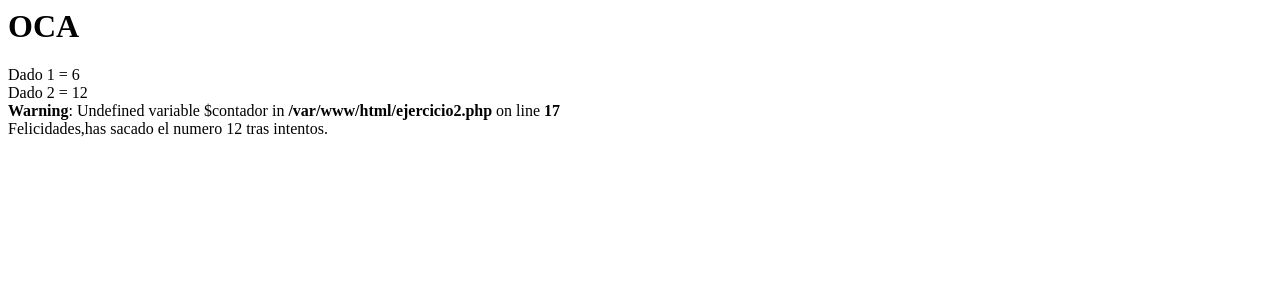
Repository: IlDragoDoro/atomClass
Page: http://localhost/ejercicio2.php
An editor plug-in stored every save of this project. The page is shown before and after the next save, followed by the edit.
The browser window is 1280 px wide. The pictures show the whole page.
The page is run by PHP 8.4 with error messages shown; the project is at /var/www/html/.

Above is the page before, as saved 2020-12-03 22:44:05.

### DWS/POO/ejercicio2.php
<?php
class Oca{
    public $d1=12;
    public $d2;
    public $contador=0;
    public function __construct(){
        $d1 = rand(0,12);
        $d2 = rand(0,12);
        print "<h1>OCA</h1>";
        print "Dado 1  = ".$d1."<br>Dado 2 = ".$d2."";
    }

    public function __destruct(){

            if($this->d1 == 12 || $this->d2 == 12 ||($this->d1+$this->d2)==12){
                $this->contador++;
                print "Felicidades,has sacado el numero 12 tras ".$contador." intentos.";
            }else{
                $this->contador++;
            }
        }

}

$oca = new Oca();
?>

After the next save:
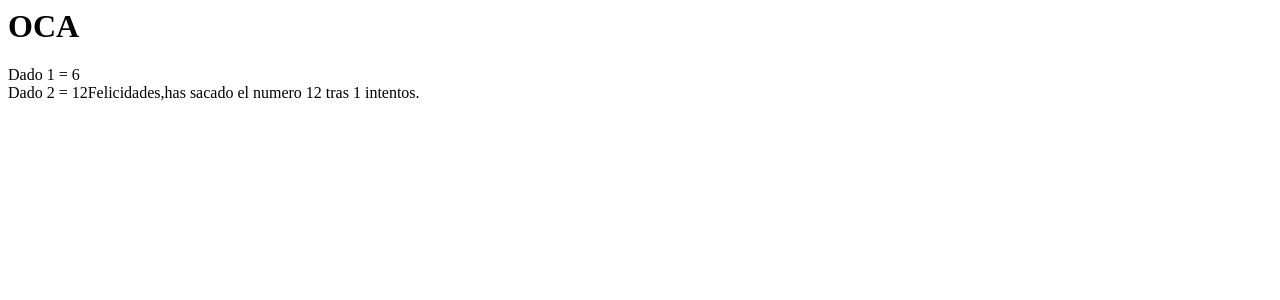
Saved 43 s later.
--- a/DWS/POO/ejercicio2.php
+++ b/DWS/POO/ejercicio2.php
@@ -14,7 +14,7 @@ class Oca{
 
             if($this->d1 == 12 || $this->d2 == 12 ||($this->d1+$this->d2)==12){
                 $this->contador++;
-                print "Felicidades,has sacado el numero 12 tras ".$contador." intentos.";
+                print "Felicidades,has sacado el numero 12 tras ".$this->contador." intentos.";
             }else{
                 $this->contador++;
             }
